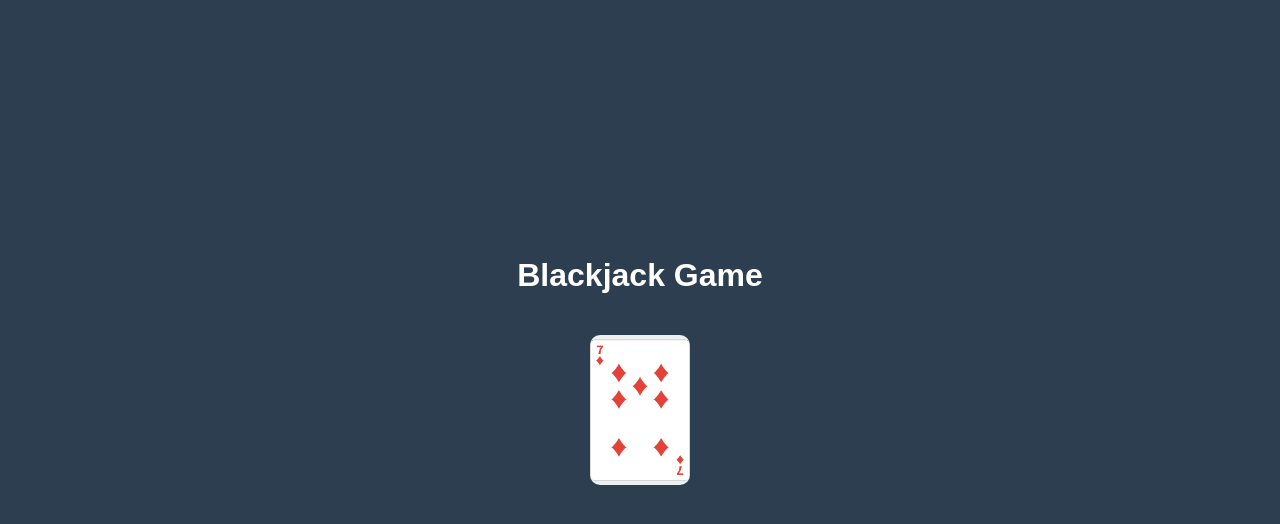
Repository: 2023AIT-OOP2-G10/G10-free
Page: http://localhost/blackjack
The author's editor kept a copy of each file at every save. The page is drawn from the files as they stood at one save, then again after the next save.
The browser window is 1280 px wide. The pictures show the whole page.
The page is served by the project's application, run on Flask 3 (tempCodeRunnerFile.py).

Above is the page before, as saved 2024-01-15 16:47:00.

After the next save:
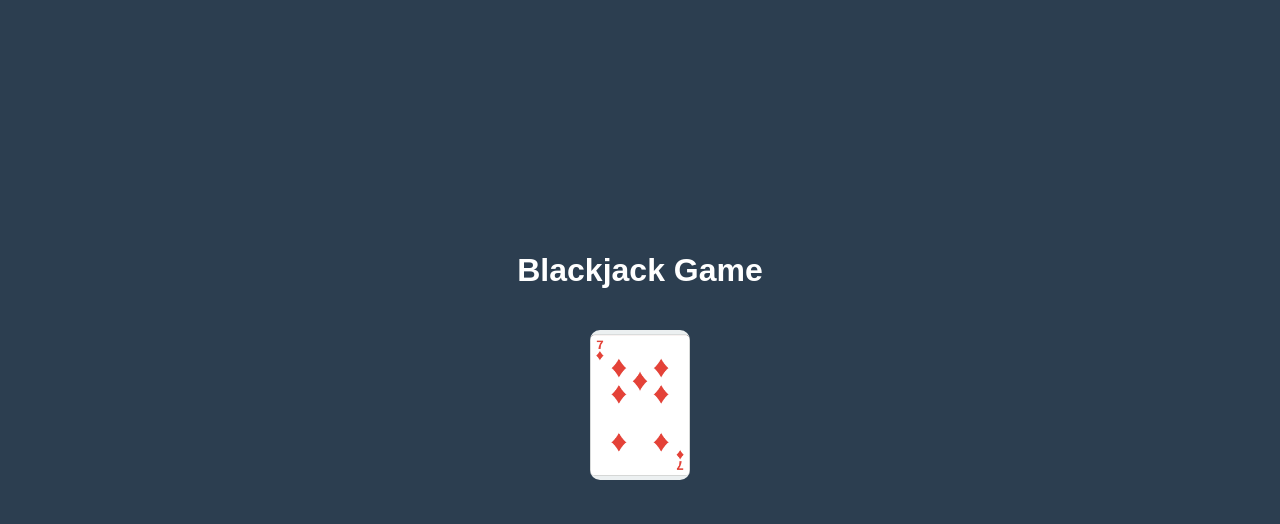
Saved 3 min 57 s later.
--- a/templates/blackjack_test.html
+++ b/templates/blackjack_test.html
@@ -20,6 +20,7 @@
         #cardContainer {
             display: flex;
             justify-content: space-around;
+            flex-wrap: wrap;  /* 画面幅が足りない場合は次の行に折り返す */
             width: 80%;
             margin-top: 20px;
         }
@@ -29,7 +30,7 @@
             height: 150px;  /* カードの高さ */
             background-color: #ecf0f1;
             border-radius: 10px;
-            margin: 0 5px;
+            margin: 0 5px 10px 5px;  /* カードのマージン */
             display: flex;
             align-items: center;
             justify-content: center;
